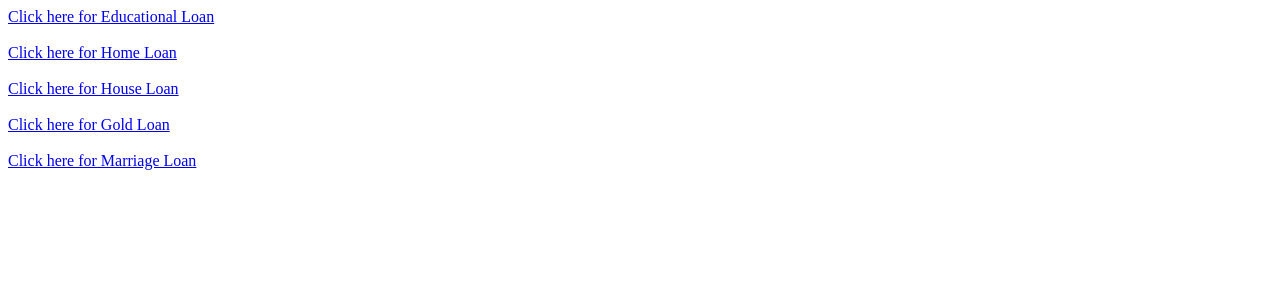
Repository: KGDarshan/BankApplication
Page: CaravanBanking/WebContent/ApplyLoan.html
An editor plug-in stored every save of this project. The page is shown before and after the next save, followed by the edit.
The browser window is 1280 px wide. The pictures show the whole page.

Above is the page before, as saved 2020-10-10 02:47:44.

After the next save:
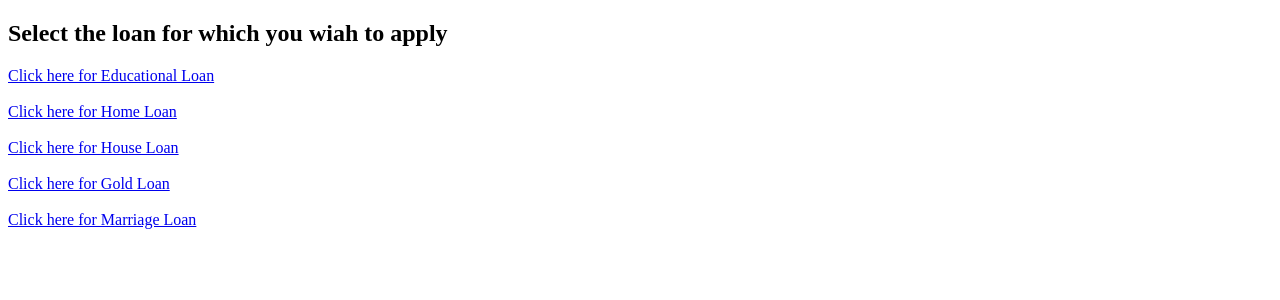
Saved 37 s later.
--- a/CaravanBanking/WebContent/ApplyLoan.html
+++ b/CaravanBanking/WebContent/ApplyLoan.html
@@ -5,6 +5,7 @@
 <title>Loan Page</title>
 </head>
 <body>
+<h2>Select the loan for which you wiah to apply</h2>
 
 <a href="Loan">Click here for Educational Loan</a><br><br>
 <a href="Loan">Click here for Home Loan</a><br><br>
